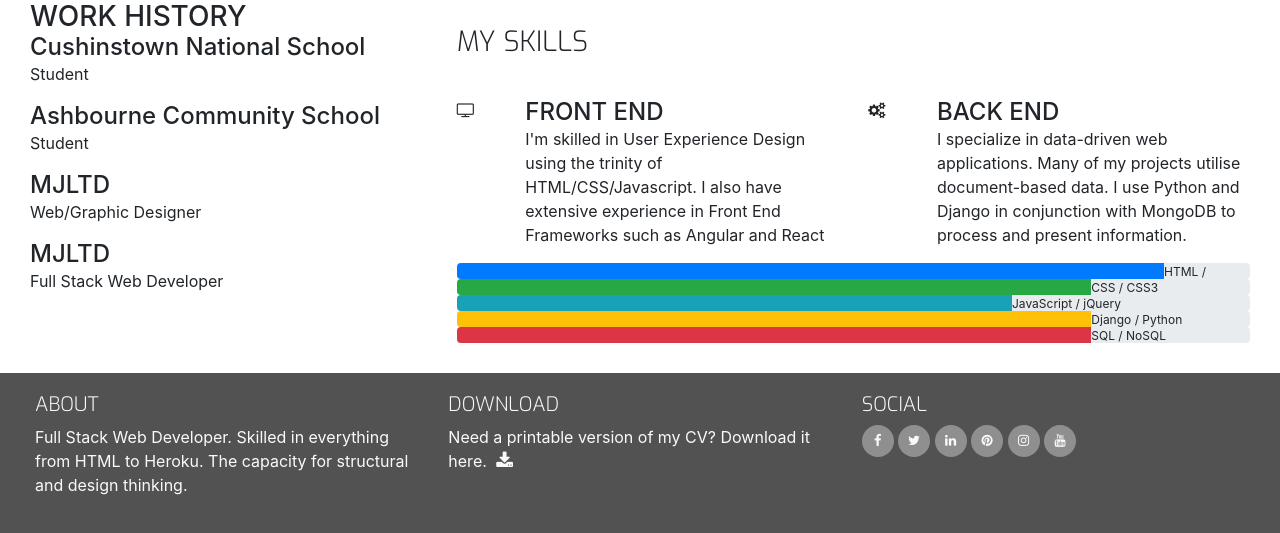
Repository: mark-joyce/portfolio
Page: resume.html
The author's editor kept a record of every edit. The page is drawn from the files as they stood at one moment, then again after the next edit.
The browser window is 1280 px wide. The pictures show the part of the page from y = 369 to 936 px (the page is 902 px tall before and 936 px after).
Some web libraries are served in a nearby version.

Above is the page before.

### resume.html
<!DOCTYPE html>
<html lang="en">
<head>
    <meta charset="UTF-8">
    <meta name="viewport" content="width=device-width, initial-scale=1.0">
    <meta http-equiv="X-UA-Compatible" content="ie=edge">
    <link rel="stylesheet" href="https://maxcdn.bootstrapcdn.com/bootstrap/4.2.1/css/bootstrap.min.css" type="text/css" />
    <link rel="stylesheet" href="https://maxcdn.bootstrapcdn.com/font-awesome/4.7.0/css/font-awesome.min.css" type="text/css" />
    <link rel="stylesheet" href="https://cdnjs.cloudflare.com/ajax/libs/hover.css/2.1.1/css/hover-min.css" type="text/css" />
    <link rel="stylesheet" href="assets/css/style.css">
    <title>Mark Joyce</title>
</head>
<body>
    <header>
        <div class="row no-gutters">
            <a class="col-md-4 logo" href="02-index.html"></a>
            <div class="col-md-8">
                <div class="row no-gutters bg-color-name-title">
                    <div class="col heading">
                        <h1 class="name">Mark Joyce</h1>
                        <h2 class="title"> Full Stack Developer</h2>
                    </div>
                </div>
                <div class="row no-gutters">
                    <div class="col">
                        <ul id="nav" class="list-inline menucontainer">
                            <li class="col-6 col-sm-3 list-inline-item ui-menu-color-home menuitem">
                                <a href="index.html" class="hvr-sweep-to-bottom"><i class="fa fa-home" aria-hidden="true"></i><span>Home</span></a>
                            </li>
                            <li class="col-6 col-sm-3 list-inline-item ui-menu-color-resume menuitem">
                                <a href="resume.html" class="hvr-sweep-to-bottom"><i class="fa fa-graduation-cap" aria-hidden="true"></i><span>Resume</span></a>
                            </li>
                            <li class="col-6 col-sm-3 list-inline-item ui-menu-color-contact menuitem">
                                <a href="contact.html" class="hvr-sweep-to-bottom"><i class="fa fa-comment-o" aria-hidden="true"></i><span>Contact</span></a>
                            </li>
                            <li class="col-6 col-sm-3 list-inline-item ui-menu-color-download menuitem">
                                <a href="assets/cv/sample-cv.pdf" target="_blank" class="hvr-sweep-to-bottom"><i class="fa fa-download" aria-hidden="true"></i><span>Download CV</span></a>
                            </li>
                        </ul>
                    </div>
                </div>
            </div>
        </div>
    </header>
    <section class="container-fluid">
        <div class="row">
            <div class="col-md-4 bg-color-work-history section-column">
                <div class="row">
                    <div class="col-12">
                        <h3 class="history-heading uppercase">
                            Work History
                        </h3>
                    </div>
                </div>
                <div class="history-items">
                    <div class="timeline-item" data-dates="08/2005 - 06/2013">
                        <h4>Cushinstown National School</h4>
                        <p>Student</p>
                    </div>
                    <div class="timeline-item" data-dates="08/2013 - 06/2019">
                        <h4>Ashbourne Community School</h4>
                        <p>Student</p>
                    </div>
                    <div class="timeline-item" data-dates="06/2015 - Present">
                        <h4>MJLTD</h4>
                        <p>Web/Graphic Designer</p>
                    </div>
                    <div class="timeline-item" data-dates="09/2019 - Present">
                        <h4>MJLTD</h4>
                        <p>Full Stack Web Developer</p>
                    </div>
                </div>
            </div>
            <div class="col-md-8 bg-color-three-reasons section-column">
                <div class="row">
                    <div class="col">
                        <h3 class="section-heading uppercase">My Skills</h3>
                    </div>
                </div>
                <div class="row">
                    <div class="col-10 offset-1 offset-sm-0 col-sm-4 col-md-6">
                        <div class="row">
                            <div class="col-2">
                                <i class="three-reasons-icon fa fa-tv" aria-hidden="true"></i>
                            </div>
                            <div class="col-10">
                                <h4 class="three-reasons-heading uppercase">Front End</h4>
                                <p>
                                    I'm skilled in User Experience Design using the trinity of HTML/CSS/Javascript. I also have extensive experience in Front End Frameworks such as Angular and React
                                </p>
                            </div>
                        </div>
                    </div>
                    <div class="col-10 offset-1 offset-sm-0 col-sm-4 col-md-6">
                        <div class="row">
                            <div class="col-2">
                                <i class="three-reasons-icon fa fa-gears" aria-hidden="true"></i>
                            </div>
                            <div class="col-10">
                                <h4 class="three-reasons-heading uppercase">Back End</h4>
                                <p>
                                    I specialize in data-driven web applications. Many of my projects utilise document-based data. I use Python and Django in conjunction with MongoDB to process and present information.
                                </p>
                            </div>
                        </div>
                    </div>
                </div>
                <div class="row progress-section">
                    <div class="col">
                        <div class="progress">
                            <div class="progress-bar" role="progressbar" aria-valuenow="90" aria-valuemin="0" aria-valuemax="100" style="width:90%;">
                                <span class="sr-only">90% complete</span>
                            </div>
                            <span class="progress-type">HTML / HTML5</span>
                        </div>
                        <div class="progress">
                            <div class="progress-bar bg-success" role="progressbar" aria-valuenow="80" aria-valuemin="0" aria-valuemax="100" style="width:80%;">
                                <span class="sr-only">80% complete</span>
                            </div>
                            <span class="progress-type">CSS / CSS3</span>
                        </div>
                        <div class="progress">
                            <div class="progress-bar bg-info" role="progressbar" aria-valuenow="70" aria-valuemin="0" aria-valuemax="100" style="width:70%;">
                                <span class="sr-only">70% complete</span>
                            </div>
                            <span class="progress-type">JavaScript / jQuery</span>
                        </div>
                        <div class="progress">
                            <div class="progress-bar bg-warning" role="progressbar" aria-valuenow="80" aria-valuemin="0" aria-valuemax="100" style="width:80%;">
                                <span class="sr-only">80% complete</span>
                            </div>
                            <span class="progress-type">Django / Python</span>
                        </div>
                        <div class="progress">
                            <div class="progress-bar bg-danger" role="progressbar" aria-valuenow="80" aria-valuemin="0" aria-valuemax="100" style="width:80%;">
                                <span class="sr-only">80% complete</span>
                            </div>
                            <span class="progress-type">SQL / NoSQL</span>
                        </div>
                    </div>
                </div>
            </div>
        </div>

    </section>
    <footer class="container-fluid">
        <div id="footer-details" class="row">
            <div class="col-sm-4">
                <h5 class="uppercase general-sub">About</h5>
                <p class="inline-block">
                    Full Stack Web Developer. Skilled in everything from HTML to Heroku. The capacity for structural and design thinking.
                </p>
            </div>
            <div class="col-sm-4">
                <h5 class="uppercase general-sub">Download</h5>
                <p class="inline-block">
                    Need a printable version of my CV? Download it here.
                    <a href="assets/cv/sample-cv.pdf" target="_blank" class="cv-pdf">
                        <i class="fa fa-download" aria-hidden="true"></i>
                        <span class="sr-only">Download link.</span>
                    </a>
                </p>
            </div>
            <div class="col-sm-4">
                <h5 class="uppercase general-sub">Social</h5>
                <ul class="list-inline social-links">
                    <li class="list-inline-item">
                        <a target="_blank" href="#">
                            <i class="fa fa-facebook" aria-hidden="true"></i>
                            <span class="sr-only">Facebook</span>
                        </a>
                    </li>
                    <li class="list-inline-item">
                        <a target="_blank" href="#">
                            <i class="fa fa-twitter" aria-hidden="true"></i>
                            <span class="sr-only">Twitter</span>
                        </a>
                    </li>
                    <li class="list-inline-item">
                        <a target="_blank" href="#">
                            <i class="fa fa-linkedin" aria-hidden="true"></i>
                            <span class="sr-only">LinkedIn</span>
                        </a>
                    </li>
                    <li class="list-inline-item">
                        <a target="_blank" href="#">
                            <i class="fa fa-pinterest" aria-hidden="true"></i>
                            <span class="sr-only">Pinterest</span>
                        </a>
                    </li>
                    <li class="list-inline-item">
                        <a target="_blank" href="#">
                            <i class="fa fa-instagram" aria-hidden="true"></i>
                            <span class="sr-only">Instagram</span>
                        </a>
                    </li>
                    <li class="list-inline-item">
                        <a target="_blank" href="#">
                            <i class="fa fa-youtube" aria-hidden="true"></i>
                            <span class="sr-only">YouTube</span>
                        </a>
                    </li>
                </ul>
            </div>
        </div>
    </footer>
</body>
</html>

### assets/css/style.css
@import url('https://fonts.googleapis.com/css?family=Roboto:100,200,300,400,500,600,700|Exo:100,200,300,400,500,600,700');

/*--------------------------------------------Colors*/

.bg-color-name-title {
    background-color: #676767;
}

.bg-color-three-reasons {
    background-color: #fff;
}

.ui-menu-color-home {
    background-color: #e67e22;
}

.ui-menu-color-resume {
    background-color: #9b59b6;
}

.ui-menu-color-contact {
    background-color: #3498db;
}

.ui-menu-color-download {
    background-color: #525252;
}

/* ----------------------------------------Special paddings/margins/text */

h1,
h2,
h3,
h4 {
    margin: 0;
}

.uppercase {
    text-transform: uppercase;
}

.general-sub {
    font-family: "Exo", sans-serif;
    font-weight: 300;
    color: #fafafa;
}

.inline-block {
    display: inline-block;
}

.row-table {
    display: table;
}

.section-column {
    display: table-cell;
    padding: 0 30px 30px;
    float: none;
}

.section-heading {
    font-family: "Exo", sans-serif;
    font-weight: 300;
    margin-top: 25px;
    margin-bottom: 40px;
}

/*--------------------------------------------Heading*/

header {
    margin: 0;
}

.heading {
    margin-left: 50px;
}

.logo {
    background: url("https://github.com/Code-Institute-Solutions/resume-miniproject-bootstrap4/blob/master/09-adding-footer-content/assets/images/rosie.jpg?raw=true");
    background-position: center;
    background-repeat: no-repeat;
    background-size: cover;
    min-height: 360px;
    transition: all .5s ease-in-out;
    -moz-transition: all .5s ease-in-out;
    -webkit-transition: all .5s ease-in-out;
}

.name {
    font-family: "Exo", sans-serif;
    font-weight: 100;
    font-size: 46px;
    margin-top: 50px;
    color: #fff;
}

.title {
    font-family: "Roboto", sans-serif;
    font-weight: 200;
    font-size: 28px;
    margin-top: 20px;
    margin-bottom: 90px;
    color: #fff;
}

.list-inline-item:not(:last-child) {
    margin: 0;
}

.menucontainer {
    font-size: 0;
}

#nav li {
    font-size: 14px;
    padding: 0;
}

#nav {
    margin: 0;
}

.menuitem {
    height: 120px;
    text-align: center;
    padding: 0;
}

.menuitem a {
    width: 100%;
    text-decoration: none;
    color: #fff;
    height: 120px;
}

.menuitem a i {
    padding-top: 22px;
    display: block;
    color: #fafafa;
    font-size: 26px;
}

.menuitem span {
    display: block;
    width: 100%;
    padding-top: 5px;
    text-align: center;
    text-transform: uppercase;
    font-size: 14px;
    font-weight: 300;
    letter-spacing: 2px;
}

/*--------------------------------------------Hover.css*/

.hvr-sweep-to-bottom:before {
    background: rgba(0, 0, 0, 0.2);
    height: 120px;
}

/* ----------------------------------------Footer */

footer {
    background-color: #525252;
    color: #fafafa;
    min-height: 120px;
    margin: 0;
}

.cv-pdf i {
    font-size: 18px;
    color: #fafafa;
    text-align: center;
    padding-left: 5px;
    transition: all 0.35s ease-in-out;
    -moz-transition: all 0.35s ease-in-out;
    -webkit-transition: all 0.35s ease-in-out;
    -o-transition: all 0.35s ease-in-out;
}

.cv-pdf i:hover {
    color: #e84610;
}

.social-links {
    padding-bottom: 15px;
}

.social-links li a i {
    width: 32px;
    height: 32px;
    padding: 12px 0;
    border-radius: 50%;
    font-size: 13px;
    line-height: 7px;
    text-align: center;
    color: #fafafa;
    background: #8f8f8f;
    transition: all 0.35s ease-in-out;
    -moz-transition: all 0.35s ease-in-out;
    -webkit-transition: all 0.35s ease-in-out;
    -o-transition: all 0.35s ease-in-out;
}

.social-links li a i:hover {
    background: #e84610;
}

#footer-details {
    padding: 20px;
}

After the next edit:
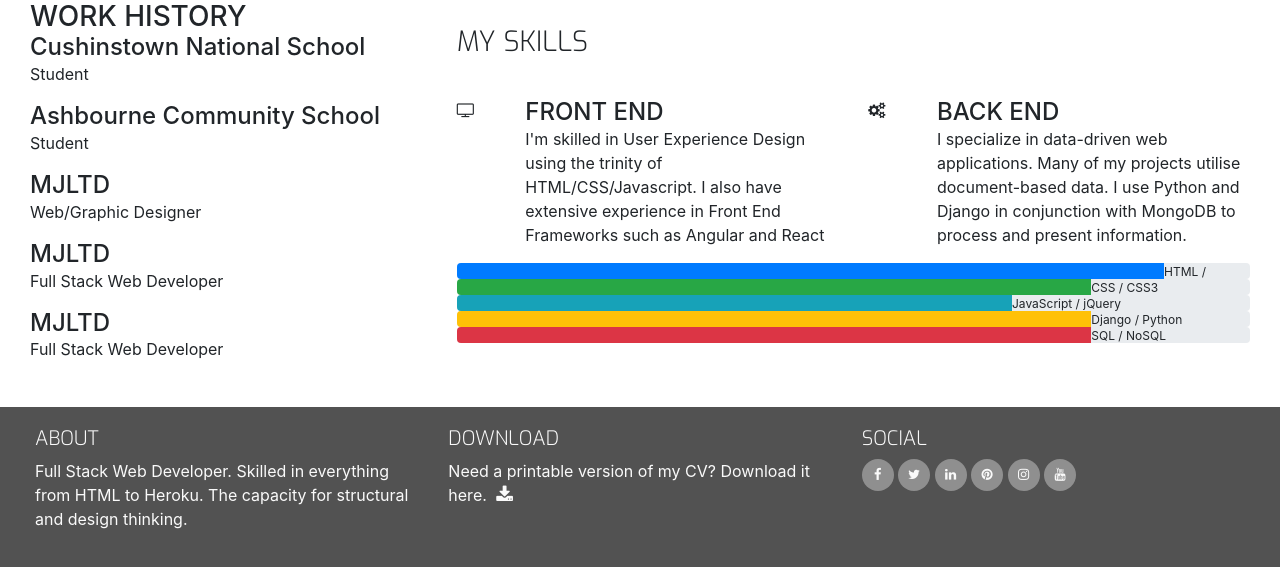
The edit:
--- a/resume.html
+++ b/resume.html
@@ -69,6 +69,10 @@
                         <h4>MJLTD</h4>
                         <p>Full Stack Web Developer</p>
                     </div>
+                    <div class="timeline-item" data-dates="07/2016 - Present">
+                        <h4>MJLTD</h4>
+                        <p>Full Stack Web Developer</p>
+                    </div>
                 </div>
             </div>
             <div class="col-md-8 bg-color-three-reasons section-column">
